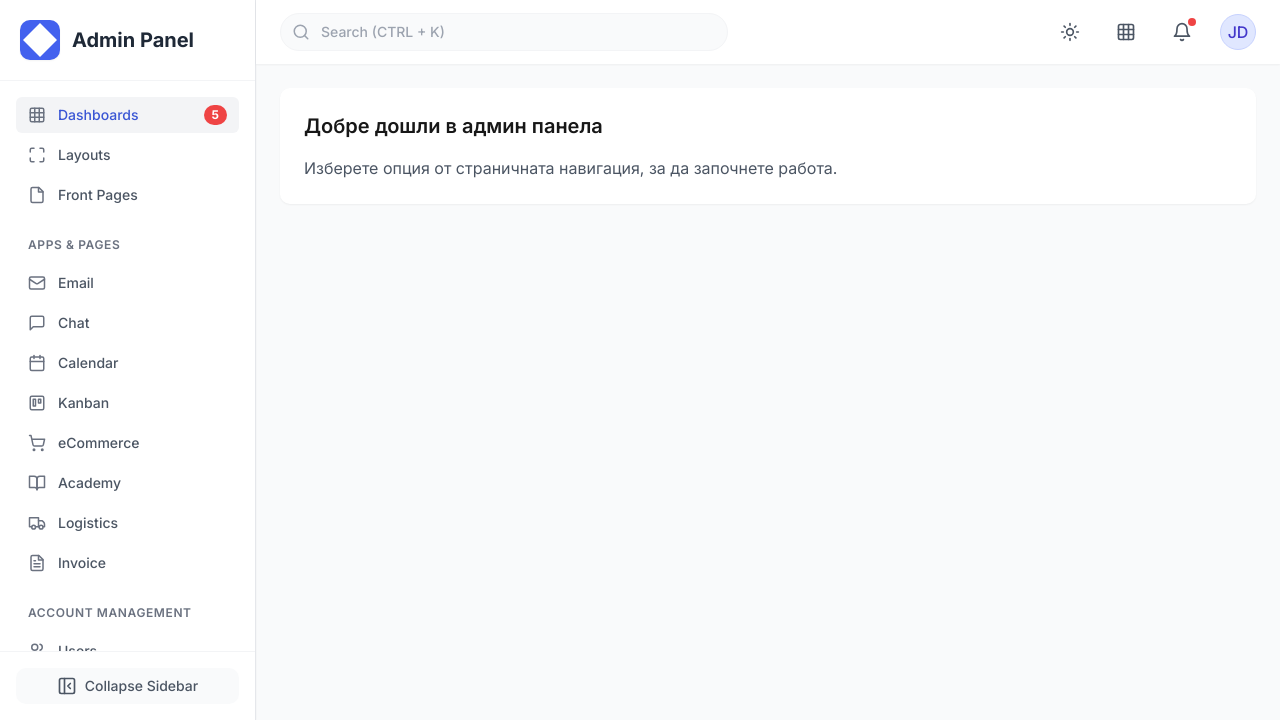
Repository: StoyanStoyanov1/DHS-Team
Page: / (app in dhs-admin-panel/)
The author's editor kept a copy of each file at every save. The page is drawn from the files as they stood at one save, then again after the next save.
The browser window is 1280 px wide. The pictures show the whole page.
The project was rebuilt for these pictures with package versions that can differ from the ones it lists, and the page was loaded fresh each time. The framework's server and built-in components were replaced by stand-ins that run in the browser. Also part of the build but not shown: dhs-admin-panel/next.config.ts.

Above is the page before, as saved 2025-04-23 08:52:29.

After the next save:
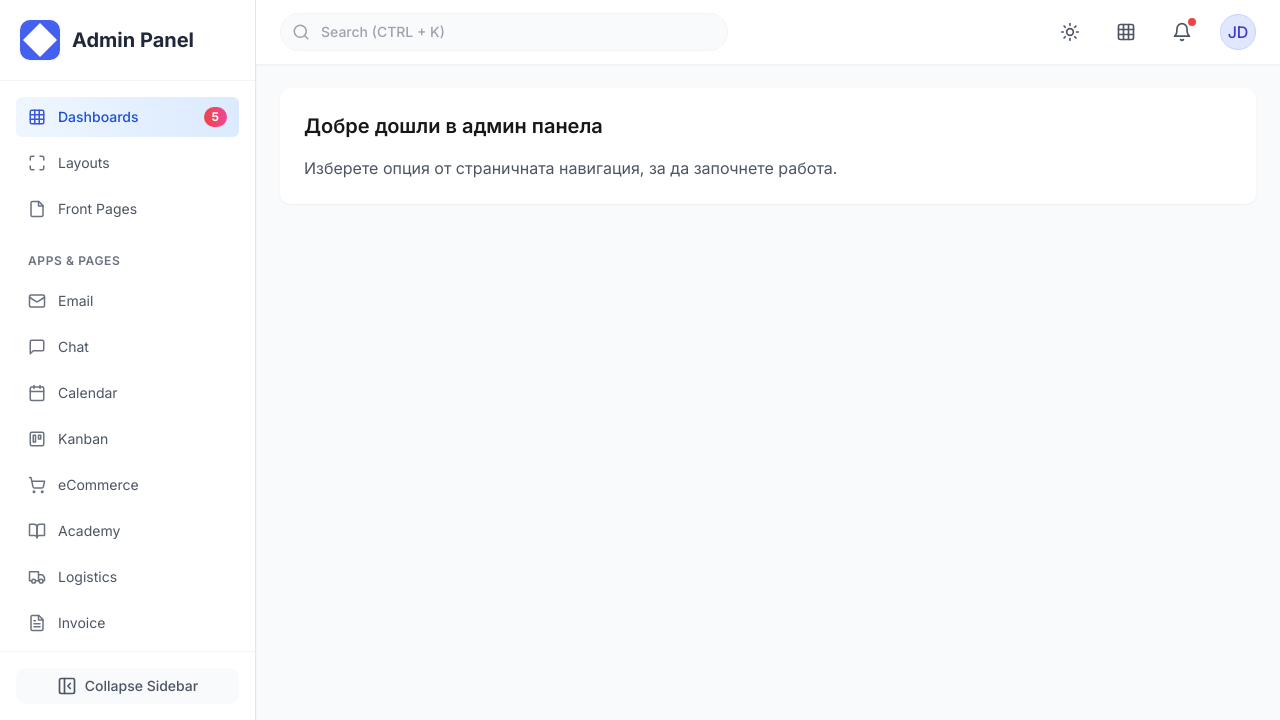
Saved 17 s later.
--- a/dhs-admin-panel/src/app/components/NavItem.tsx
+++ b/dhs-admin-panel/src/app/components/NavItem.tsx
@@ -21,20 +21,33 @@ const NavItem: React.FC<NavItemProps> = ({
 }) => {
     return (
         <div
-            className={`flex items-center px-3 py-2 rounded-md cursor-pointer mb-1 ${active ? 'bg-gray-100 text-blue-600' : 'text-gray-600 hover:bg-gray-50'}`}
+            className={`flex items-center ${isCollapsed ? 'justify-center' : ''} px-3 py-2.5 rounded-md cursor-pointer mb-1.5 transition-all duration-150 ease-in-out ${
+                active
+                ? 'bg-gradient-to-r from-blue-50 to-blue-100 text-blue-700 font-medium'
+                : 'text-gray-600 hover:bg-gray-50'
+            }`}
             onClick={onClick}
             title={isCollapsed ? label : undefined}
         >
-            <div className="text-gray-500">{icon}</div>
+            <div className={`${active ? 'text-blue-600' : 'text-gray-500'} ${isCollapsed ? 'w-6 h-6 flex items-center justify-center' : ''}`}>
+                {icon}
+            </div>
+
             {!isCollapsed && (
                 <>
-                    <span className="ml-3 text-sm font-medium">{label}</span>
+                    <span className={`ml-3 text-sm ${active ? 'font-medium' : ''}`}>{label}</span>
                     {badge && (
-                        <div className="ml-auto bg-red-500 text-white text-xs font-bold px-2 py-0.5 rounded-full">
+                        <div className="ml-auto bg-gradient-to-r from-red-500 to-pink-500 text-white text-xs font-bold px-2 py-0.5 rounded-full shadow-sm">
                             {badge}
                         </div>
                     )}
                 </>
+            )}
+
+            {isCollapsed && badge && (
+                <div className="absolute top-0 right-0 -mt-1 -mr-1 bg-red-500 text-white text-xs font-bold w-4 h-4 flex items-center justify-center rounded-full shadow-sm">
+                    {badge}
+                </div>
             )}
         </div>
     );
